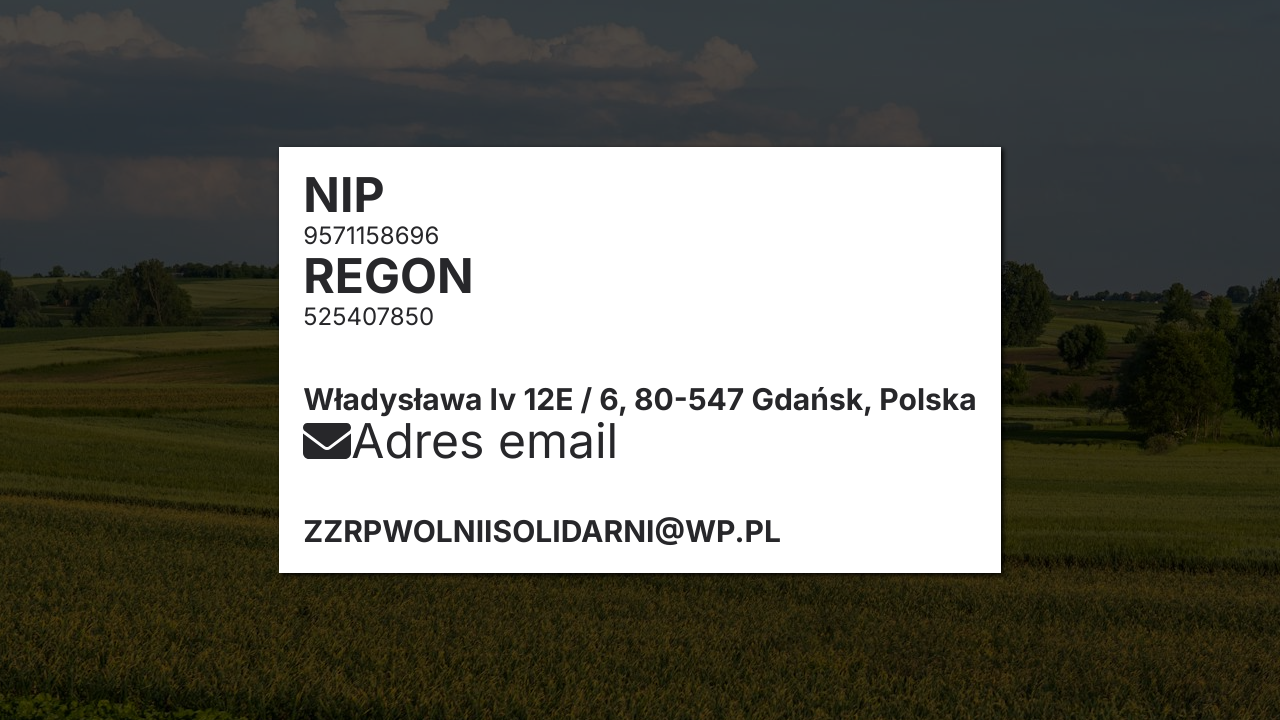
Repository: wesiudev/ZZRPWiS
Page: /kontakt
These files come from the project's save history. The page is drawn as it stood at one moment and after the next save; the edit follows.
The browser window is 1280 px wide. The pictures show the whole page.
The project was rebuilt for these pictures with package versions that can differ from the ones it lists, and the page was loaded fresh each time. The framework's server and built-in components were replaced by stand-ins that run in the browser. Also part of the build but not shown: next.config.mjs.

Above is the page before, as saved 2024-08-09 22:49:39.

After the next save:
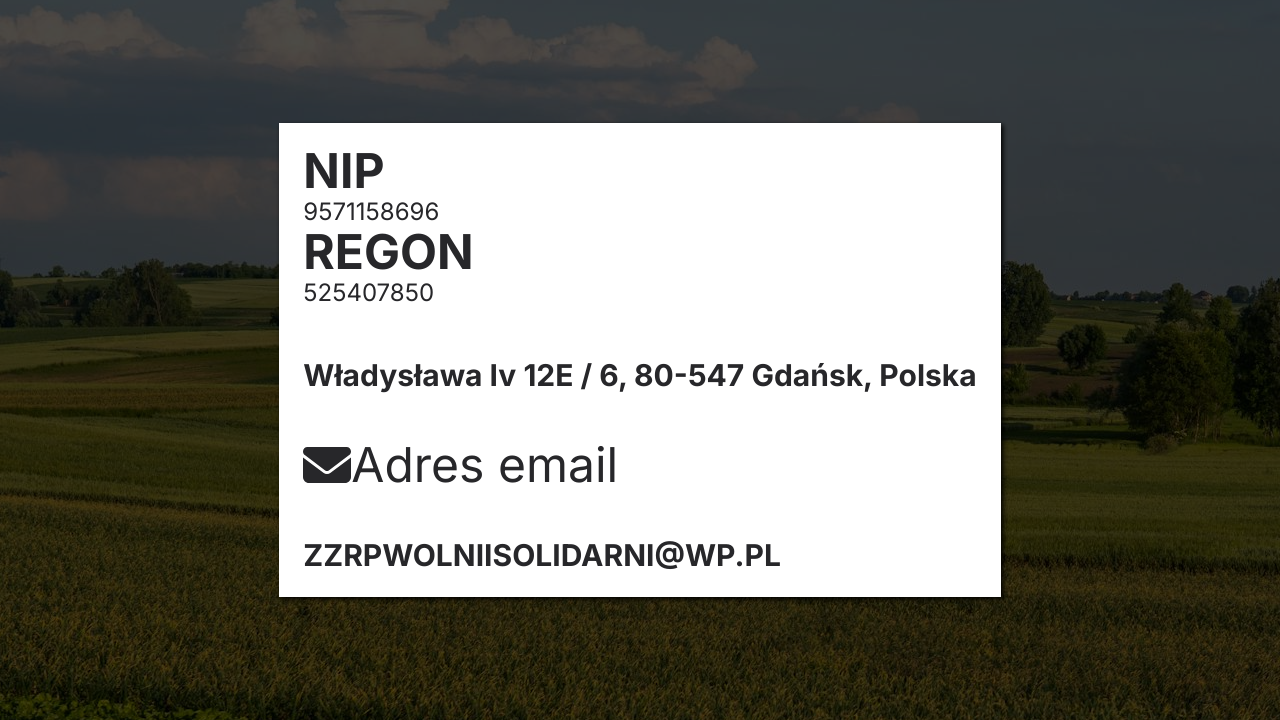
Saved 6 s later.
--- a/src/app/kontakt/page.tsx
+++ b/src/app/kontakt/page.tsx
@@ -20,7 +20,7 @@
           <h2 className="text-3xl font-bold mt-12 text-zinc-800">
             Władysława Iv 12E / 6, 80-547 Gdańsk, Polska
           </h2>
-          <div className="flex items-center text-5xl text-zinc-800">
+          <div className="flex items-center text-5xl text-zinc-800 mt-12">
             <FaEnvelope /> Adres email
           </div>
           <div className="flex items-center text-3xl mt-12 text-zinc-800 font-bold">
